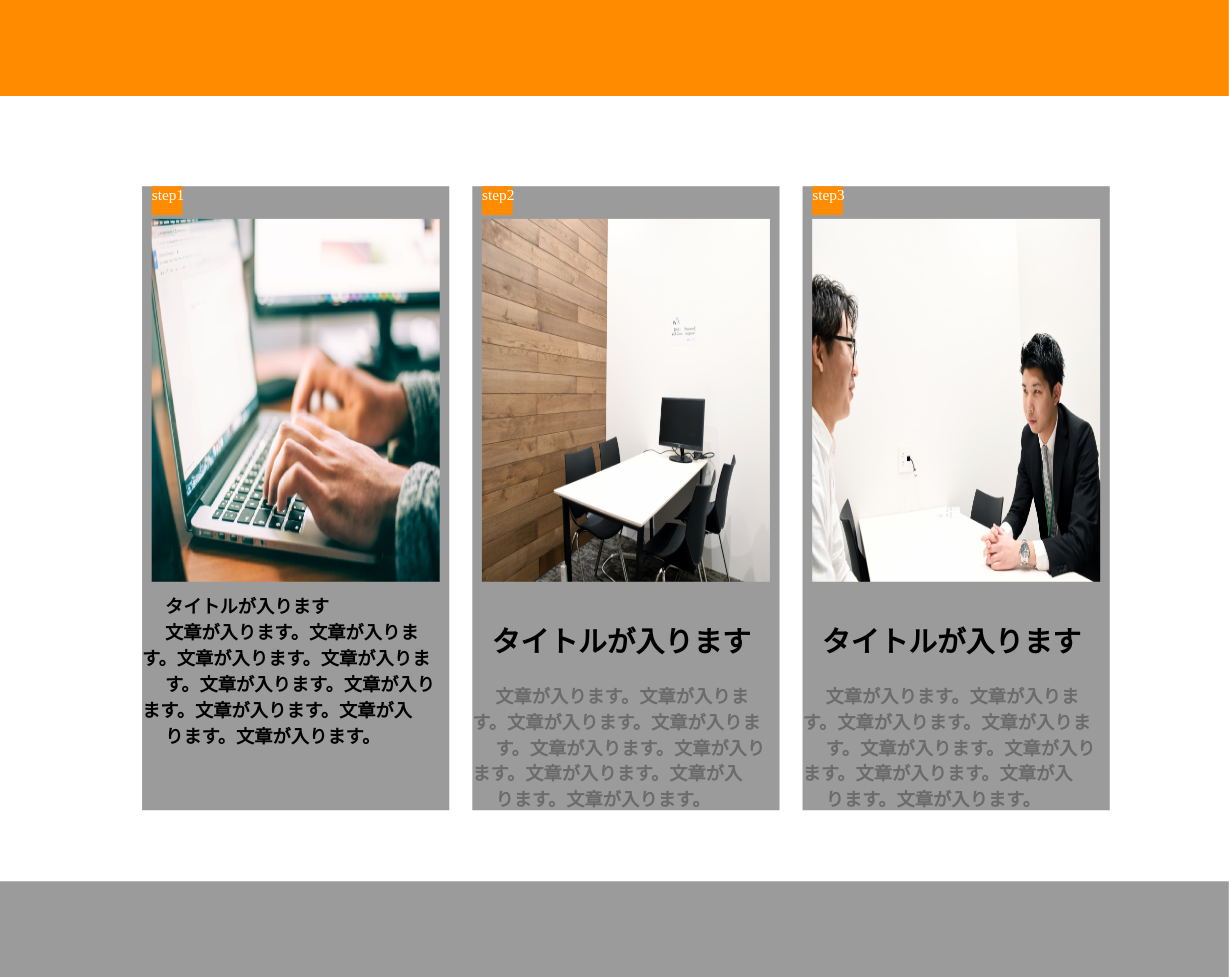
Repository: shiotaryuto/kadai1-10
Page: 課題/課題.html
The author's editor kept a record of every edit. The page is drawn from the files as they stood at one moment, then again after the next edit.
The browser window is 1280 px wide. The pictures show the whole page, at 96% of full size.
Some web libraries are served in a nearby version.

Above is the page before.

After the next edit:
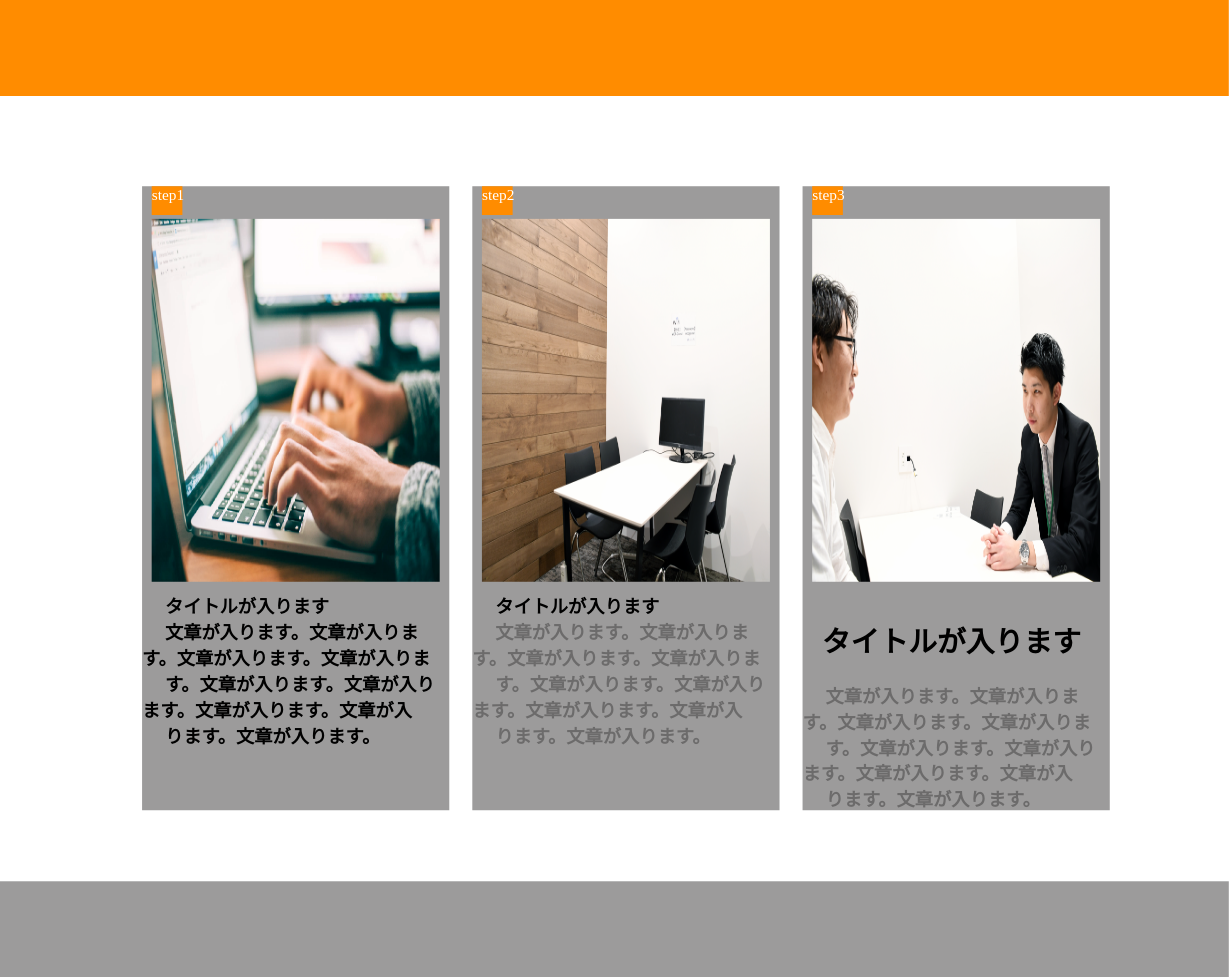
The edit:
--- a/課題/課題.html
+++ b/課題/課題.html
@@ -31,7 +31,7 @@
 　    <div class="step2-heading">step2</div>
 　     <div class="step2-item">
 　        <h3 class="step2-text-heading">
-　         <p> タイトルが入ります</p></br>
+　        タイトルが入ります<br>
 　          <p1>文章が入ります。文章が入ります。文章が入ります。文章が入りま
 　          す。文章が入ります。文章が入ります。文章が入ります。文章が入
 　          ります。文章が入ります。</p1>
